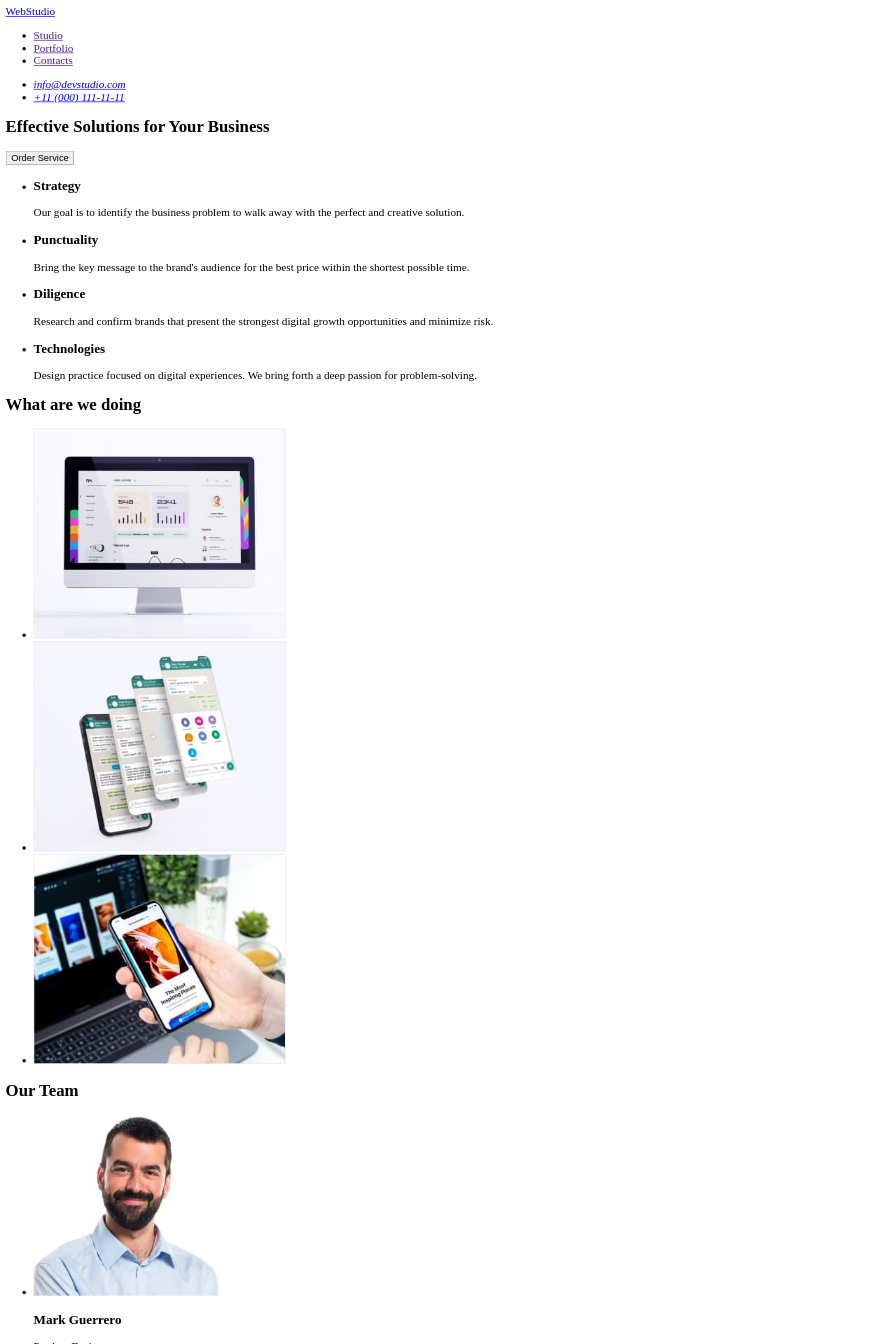
Repository: GrishchenkoNataliya/goit-markup-hw-02
Page: portfolio/indtx.html
The author's editor kept a copy of each file at every save. The page is drawn from the files as they stood at one save, then again after the next save.
The browser window is 1280 px wide. The pictures show the part of the page from y = 0 to 1920 px (the page is 3089 px tall before and 720 px after), at 70% of full size.

Above is the page before, as saved 2023-02-27 12:08:34.

### portfolio/indtx.html
<!DOCTYPE html>
<html lang="en">
  <head>
    <meta charset="UTF-8" />
    <meta http-equiv="X-UA-Compatible" content="IE=edge" />
    <meta name="viewport" content="width=device-width, initial-scale=1.0" />
    <title>homework_1</title>
  </head>
  <body>
    <header>
      <nav>
        <a href="./index.html">WebStudio</a>
        <ul>
          <li>
            <a href="" target="_blank" rel="noopener noreferrer nofollow"
              >Studio</a
            >
          </li>
          <li>
            <a href="" target="_blank" rel="noopener noreferrer nofollow"
              >Portfolio</a
            >
          </li>
          <li>
            <a href="" target="_blank" rel="noopener noreferrer nofollow"
              >Contacts</a
            >
          </li>
        </ul>
      </nav>
      <address>
        <ul>
          <li><a href="mailto:info@devstudio.com">info@devstudio.com</a></li>
          <li><a href="tel:+110001111111">+11 (000) 111-11-11</a></li>
        </ul>
      </address>
    </header>
    <main>
      <section>
        <h1>Effective Solutions for Your Business</h1>
        <button type="button">Order Service</button>
        <!-- Dark-bg -->
      </section>
      <section>
        <h2 hidden>Большой заголовок</h2>
        <ul>
          <li>
            <h3>Strategy</h3>
            <p>
              Our goal is to identify the business problem to walk away with the
              perfect and creative solution.
            </p>
          </li>
          <li>
            <h3>Punctuality</h3>
            <p>
              Bring the key message to the brand's audience for the best price
              within the shortest possible time.
            </p>
          </li>
          <li>
            <h3>Diligence</h3>
            <p>
              Research and confirm brands that present the strongest digital
              growth opportunities and minimize risk.
            </p>
          </li>
          <li>
            <h3>Technologies</h3>
            <p>
              Design practice focused on digital experiences. We bring forth a
              deep passion for problem-solving.
            </p>
          </li>
        </ul>
      </section>
      <section>
        <h2>What are we doing</h2>
        <ul>
          <li>
            <img
              src="./images/Rectangle71-1.jpg"
              alt="Rectangle 71-1"
              width="360"
            />
          </li>
          <li>
            <img
              src="./images/Rectangle71-2.jpg"
              alt="Rectangle 71-2"
              width="360"
            />
          </li>
          <li>
            <img
              src="./images/Rectangle71-3.jpg"
              alt="Rectangle 71-3"
              width="360"
            />
          </li>
        </ul>
      </section>
      <section>
        <h2>Our Team</h2>
        <ul>
          <li>
            <img src="./images/img1.jpg" alt="Mark Guerrero" width="264" />
            <h3>Mark Guerrero</h3>
            <p>Product Designer</p>
          </li>
          <li>
            <img src="./images/img2.jpg" alt="Tom Ford" width="264" />
            <h3>Tom Ford</h3>
            <p>Frontend Developer</p>
          </li>
          <li>
            <img src="./images/img3.jpg" alt="Camila Garcia" width="264" />
            <h3>Camila Garcia</h3>
            <p>Marketing</p>
          </li>
          <li>
            <img src="./images/img4.jpg" alt="Daniel Wilson" width="264" />
            <h3>Daniel Wilson</h3>
            <p>UI Designer</p>
          </li>
        </ul>
      </section>
    </main>
    <footer>
      <a href="./index.html">WebStudio</a>

      <p>
        Increase the flow of customers and sales for your business with digital
        marketing & growth solutions.
      </p>
      <!-- Dark-bg -->
    </footer>
  </body>
</html>

After the next save:
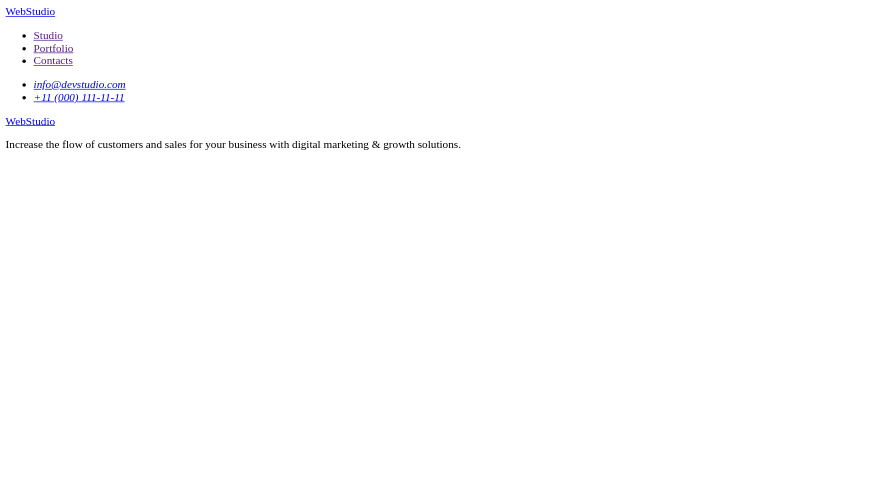
Saved 59 s later.
--- a/portfolio/indtx.html
+++ b/portfolio/indtx.html
@@ -35,97 +35,7 @@
         </ul>
       </address>
     </header>
-    <main>
-      <section>
-        <h1>Effective Solutions for Your Business</h1>
-        <button type="button">Order Service</button>
-        <!-- Dark-bg -->
-      </section>
-      <section>
-        <h2 hidden>Большой заголовок</h2>
-        <ul>
-          <li>
-            <h3>Strategy</h3>
-            <p>
-              Our goal is to identify the business problem to walk away with the
-              perfect and creative solution.
-            </p>
-          </li>
-          <li>
-            <h3>Punctuality</h3>
-            <p>
-              Bring the key message to the brand's audience for the best price
-              within the shortest possible time.
-            </p>
-          </li>
-          <li>
-            <h3>Diligence</h3>
-            <p>
-              Research and confirm brands that present the strongest digital
-              growth opportunities and minimize risk.
-            </p>
-          </li>
-          <li>
-            <h3>Technologies</h3>
-            <p>
-              Design practice focused on digital experiences. We bring forth a
-              deep passion for problem-solving.
-            </p>
-          </li>
-        </ul>
-      </section>
-      <section>
-        <h2>What are we doing</h2>
-        <ul>
-          <li>
-            <img
-              src="./images/Rectangle71-1.jpg"
-              alt="Rectangle 71-1"
-              width="360"
-            />
-          </li>
-          <li>
-            <img
-              src="./images/Rectangle71-2.jpg"
-              alt="Rectangle 71-2"
-              width="360"
-            />
-          </li>
-          <li>
-            <img
-              src="./images/Rectangle71-3.jpg"
-              alt="Rectangle 71-3"
-              width="360"
-            />
-          </li>
-        </ul>
-      </section>
-      <section>
-        <h2>Our Team</h2>
-        <ul>
-          <li>
-            <img src="./images/img1.jpg" alt="Mark Guerrero" width="264" />
-            <h3>Mark Guerrero</h3>
-            <p>Product Designer</p>
-          </li>
-          <li>
-            <img src="./images/img2.jpg" alt="Tom Ford" width="264" />
-            <h3>Tom Ford</h3>
-            <p>Frontend Developer</p>
-          </li>
-          <li>
-            <img src="./images/img3.jpg" alt="Camila Garcia" width="264" />
-            <h3>Camila Garcia</h3>
-            <p>Marketing</p>
-          </li>
-          <li>
-            <img src="./images/img4.jpg" alt="Daniel Wilson" width="264" />
-            <h3>Daniel Wilson</h3>
-            <p>UI Designer</p>
-          </li>
-        </ul>
-      </section>
-    </main>
+    <main></main>
     <footer>
       <a href="./index.html">WebStudio</a>
 
